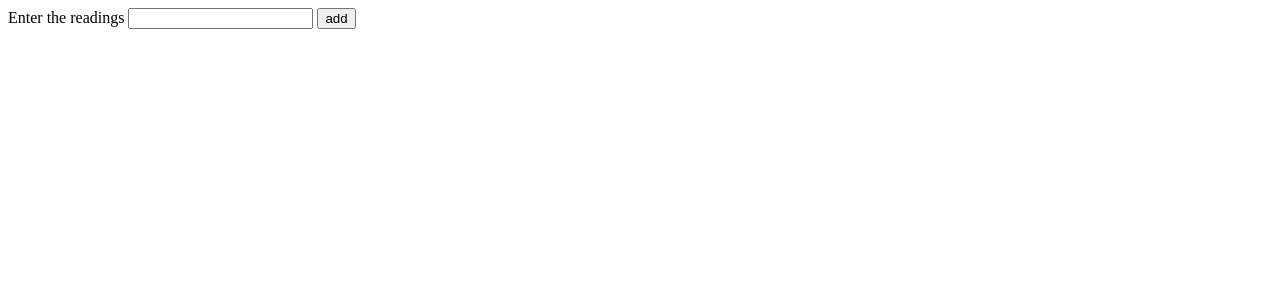
Repository: parthp17/273-Homework1
Page: Homework1/workspace/homework1/WebContent/Array.html
An editor plug-in stored every save of this project. The page is shown before and after the next save, followed by the edit.
The browser window is 1280 px wide. The pictures show the whole page.

Above is the page before, as saved 2016-09-06 19:18:07.

### Homework1/workspace/homework1/WebContent/Array.html
<!DOCTYPE html>
<html>
<head>
<meta charset="ISO-8859-1">
<title>Array</title>
<script type="text/javascript">
var array = [];
function add()
{
var elements = 	document.getElementById("txtTemp1");
var display = document.getElementById("display");
array.push(elements.value);

}
</script>
</head>
<body>
Enter the readings <input type = "text" name = "temperature" id = "txtTemp1">
<input type = "button" value = "add" onclick() = "add()">
</body>
</html>

After the next save:
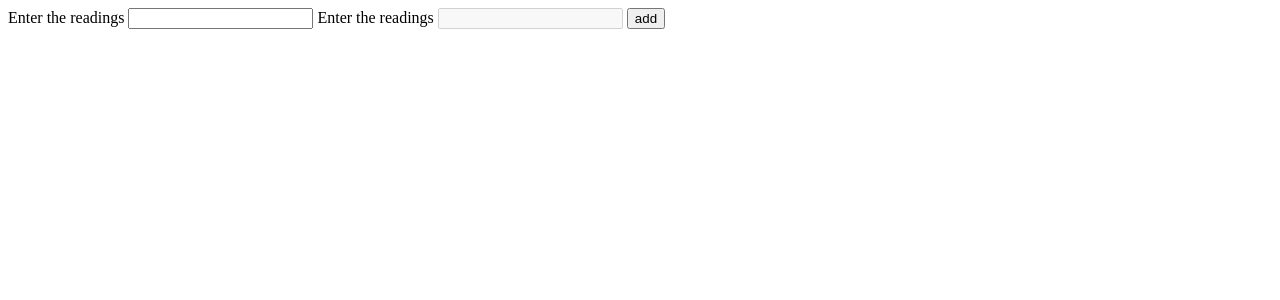
Saved 18 s later.
--- a/Homework1/workspace/homework1/WebContent/Array.html
+++ b/Homework1/workspace/homework1/WebContent/Array.html
@@ -16,6 +16,7 @@ array.push(elements.value);
 </head>
 <body>
 Enter the readings <input type = "text" name = "temperature" id = "txtTemp1">
+Enter the readings <input type = "text" name = "temperature" id = "display" disabled>
 <input type = "button" value = "add" onclick() = "add()">
 </body>
 </html>
